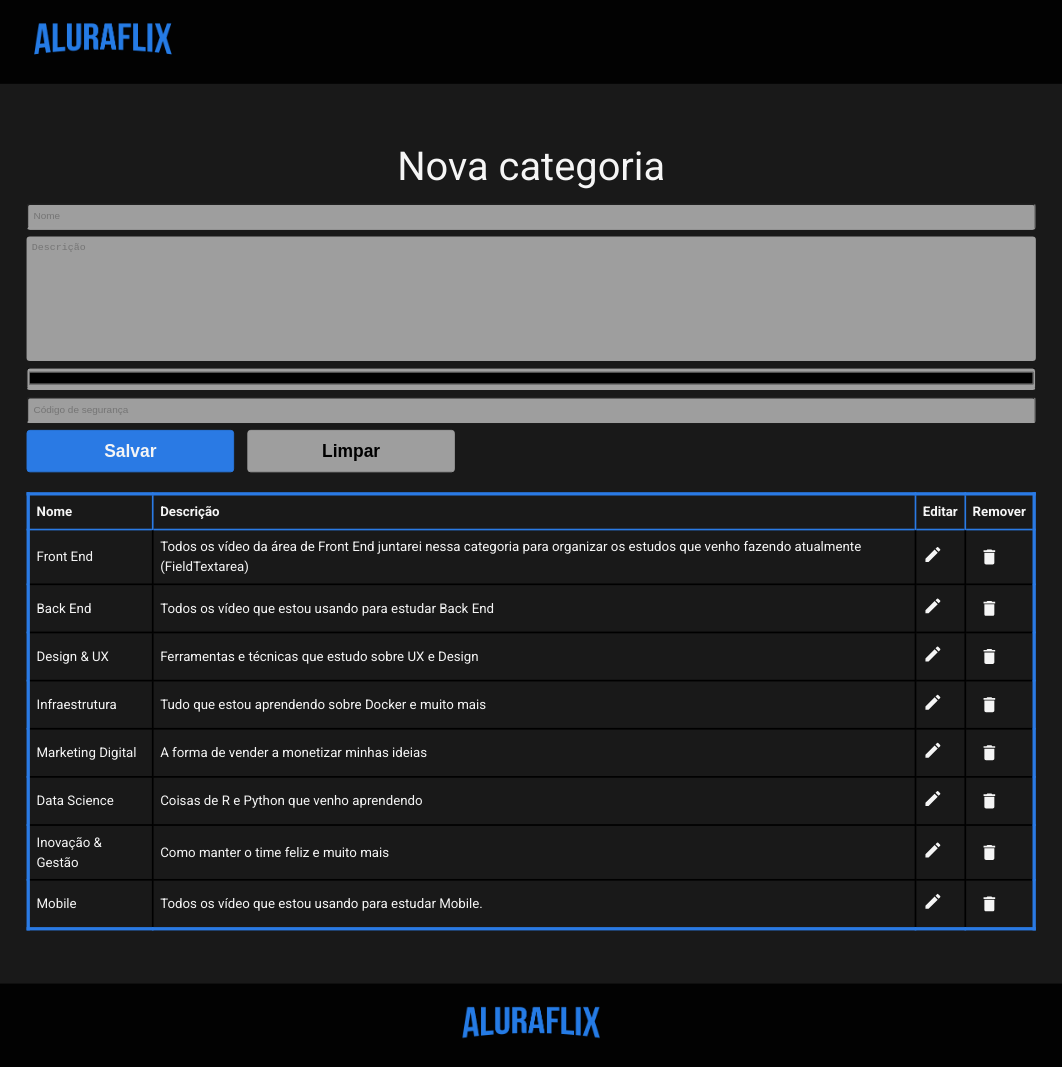
Repository: CarlosEduardoVdeOliveira/aluraflix
Page: /register-category
The author's editor kept a copy of each file at every save. The page is drawn from the files as they stood at one save, then again after the next save.
The browser window is 1280 px wide. The pictures show the whole page, at 83% of full size.
The project was rebuilt for these pictures with package versions that can differ from the ones it lists, and the page was loaded fresh each time. Also part of the build but not shown: vite.config.js, src/components/Banner/Banner.module.css, src/components/Card/Card.module.css, src/components/Card/index.jsx, src/components/Category/Category.module.css, src/components/Category/index.jsx, src/components/Container/Container.module.css, src/components/Container/index.jsx and 5 more.

Above is the page before, as saved 2023-10-04 09:13:40.

After the next save:
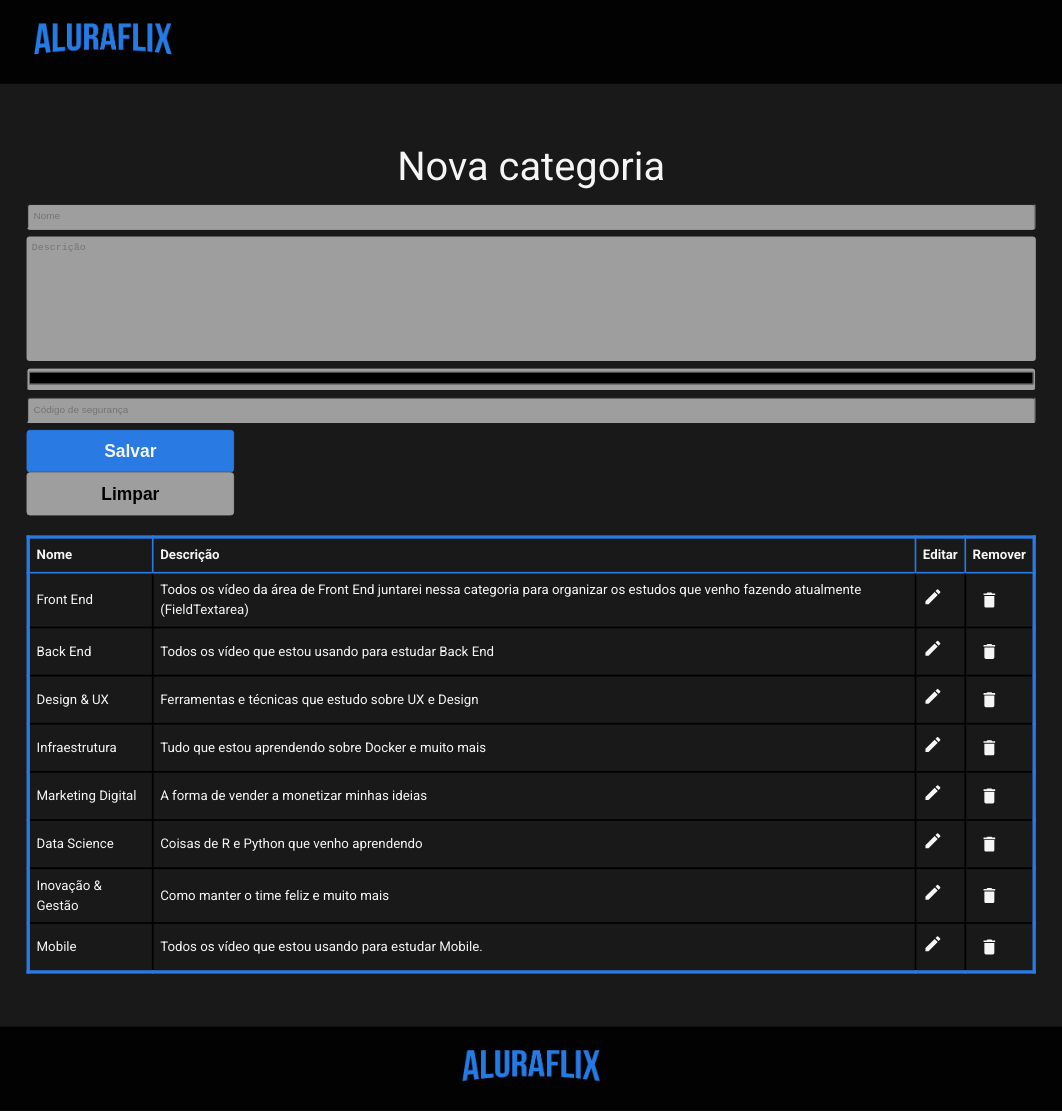
Saved 11 s later.
--- a/src/pages/RegisterCategory/index.jsx
+++ b/src/pages/RegisterCategory/index.jsx
@@ -57,6 +57,8 @@ export const RegisterCategory = () => {
           >
           Salvar
         </Button>
+        </div>
+      </form>
         <Button
         type="reset"
           bgColor="#9E9E9E"
@@ -66,8 +68,6 @@ export const RegisterCategory = () => {
           >
           Limpar
         </Button>
-        </div>
-      </form>
       <CategoryContextProvider>
         <Table />
       </CategoryContextProvider>
